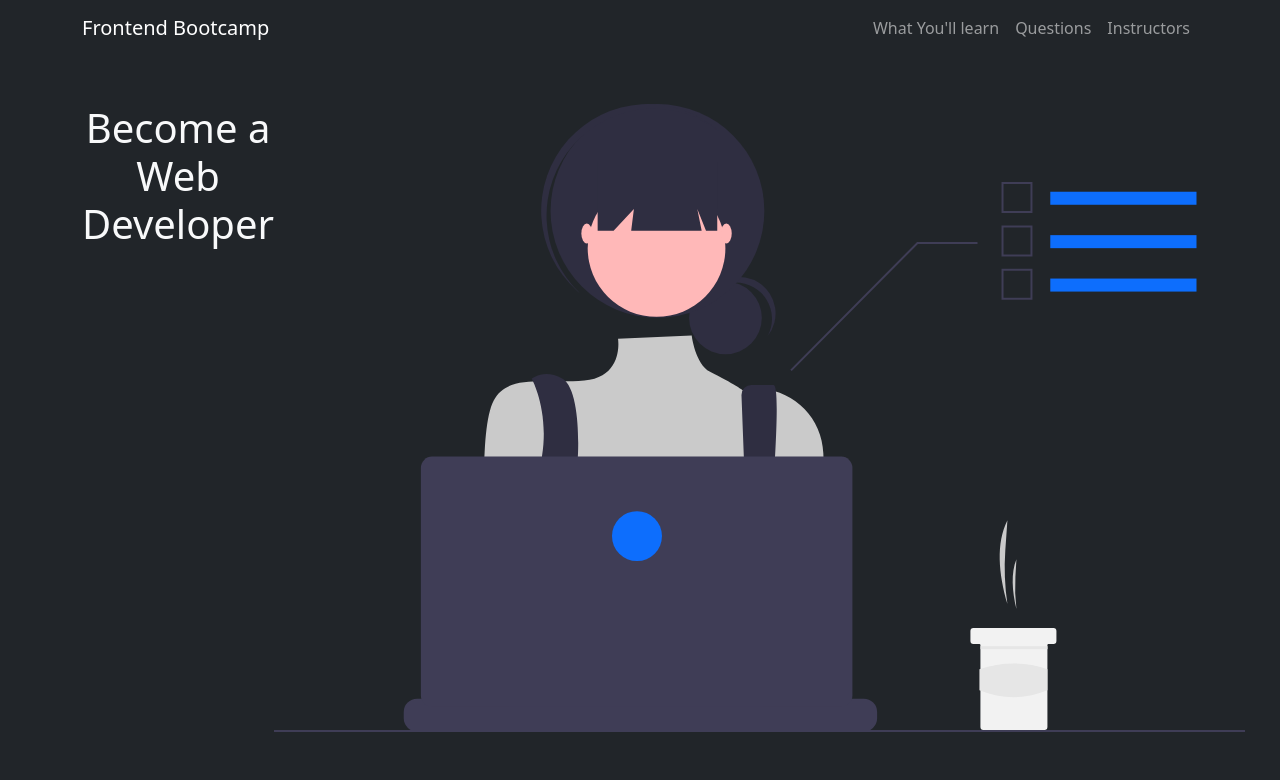
Repository: Marhamat92/Bootstrap5-Responsive-Website-
Page: index.html
These files come from the project's save history. The page is drawn as it stood at one moment and after the next save; the edit follows.
The browser window is 1280 px wide. The pictures show the whole page.

Above is the page before, as saved 2021-09-18 15:58:21.

### index.html
<!DOCTYPE html>
<html lang="en">

<head>
    <meta charset="UTF-8">
    <meta http-equiv="X-UA-Compatible" content="IE=edge">
    <meta name="viewport" content="width=device-width, initial-scale=1.0">
    <link href="https://cdn.jsdelivr.net/npm/bootstrap@5.0.2/dist/css/bootstrap.min.css" rel="stylesheet"
        integrity="sha384-EVSTQN3/azprG1Anm3QDgpJLIm9Nao0Yz1ztcQTwFspd3yD65VohhpuuCOmLASjC" crossorigin="anonymous">
    <link rel="stylesheet" href="style.css">
    <title>Frontend Bootcamp</title>

</head>

<body>
    <!--Navbar-->
    <nav class="navbar navbar-expand-lg bg-dark navbar-dark">
        <div class="container">
            <a href="#" class="navbar-brand">Frontend Bootcamp</a>
            <button class="navbar-toggler" type="button" data-bs-toggle="collapse" data-bs-target="#navmenu">
                <span class="navbar-toggler-icon"></span>
            </button>
            <div class="collapse navbar-collapse" id="navmenu">
                <ul class="navbar-nav ms-auto">
                    <li class="nav-item">
                        <a href="#learn" class="nav-link">What You'll learn</a>
                    </li>
                    <li class="nav-item">
                        <a href="#questions" class="nav-link">Questions</a>
                    </li>
                    <li class="nav-item">
                        <a href="#instructors" class="nav-link">Instructors</a>
                    </li>
                </ul>
            </div>
        </div>
    </nav>

<!--Showcase-->

<section class="bg-dark text-light p-5 text-center">
    <div class="container">
      <div class="d-flex">
          <div>
              <h1>Become a Web Developer</h1>
          </div>
          <img class="img-fluid" src="img/showcase.svg" alt="showcase">
      </div>
    </div>
</section>
























    <script src="https://cdn.jsdelivr.net/npm/bootstrap@5.0.2/dist/js/bootstrap.bundle.min.js"
        integrity="sha384-MrcW6ZMFYlzcLA8Nl+NtUVF0sA7MsXsP1UyJoMp4YLEuNSfAP+JcXn/tWtIaxVXM" crossorigin="anonymous">
    </script>
</body>

</html>

Loaded but not shown: style.css (no copy from this time; the picture is the same without it)

After the next save:
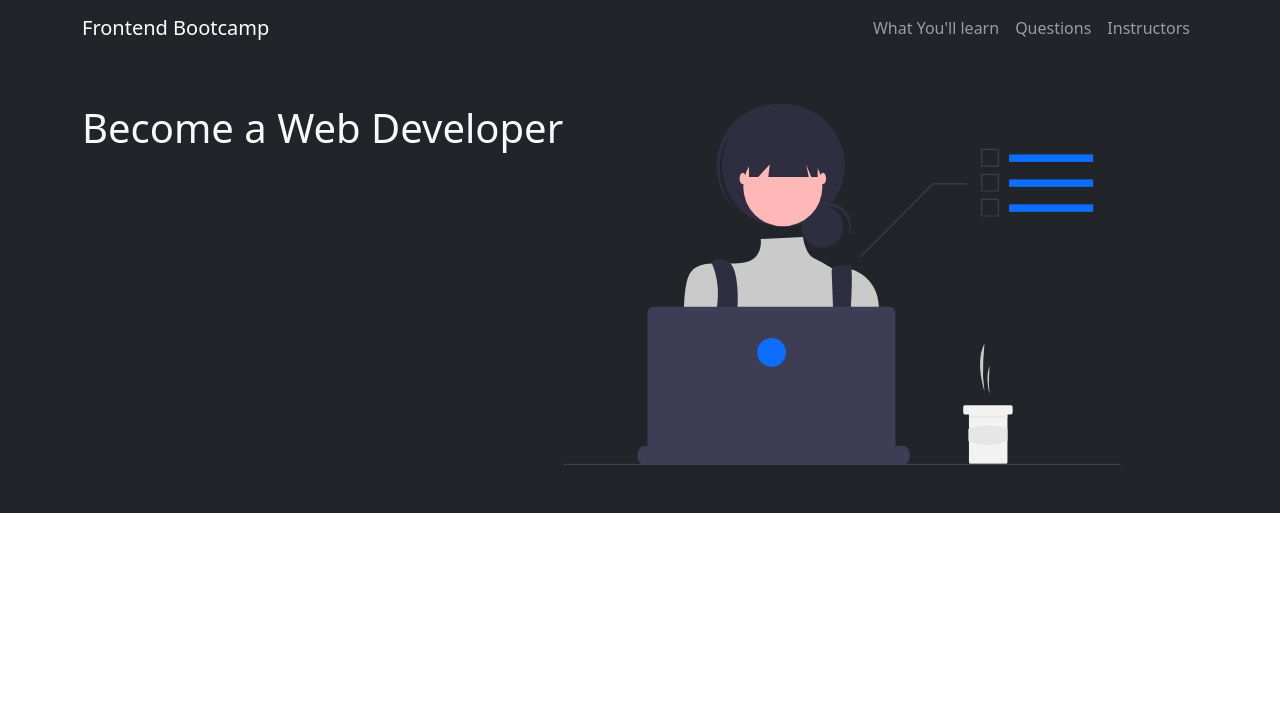
Saved 76 s later.
--- a/index.html
+++ b/index.html
@@ -44,7 +44,7 @@
           <div>
               <h1>Become a Web Developer</h1>
           </div>
-          <img class="img-fluid" src="img/showcase.svg" alt="showcase">
+          <img class="img-fluid w-50" src="img/showcase.svg" alt="showcase">
       </div>
     </div>
 </section>
